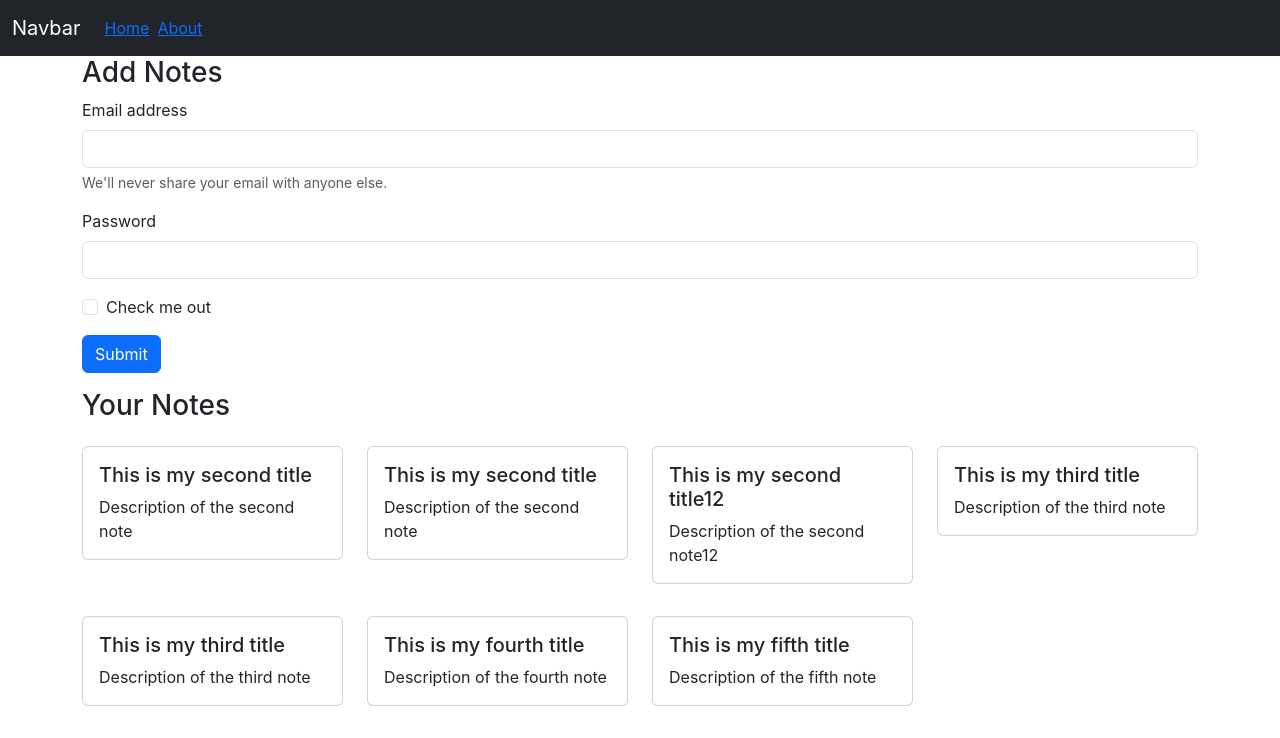
Repository: alphacode77/DailyNotes-react
Page: /
The author's editor kept a copy of each file at every save. The page is drawn from the files as they stood at one save, then again after the next save.
The browser window is 1280 px wide. The pictures show the whole page.
Some web libraries are served in a nearby version. The project was rebuilt for these pictures with package versions that can differ from the ones it lists, and the page was loaded fresh each time. Also part of the build but not shown: src/App.css, src/components/About.js.

Above is the page before, as saved 2023-02-28 16:48:51.

After the next save:
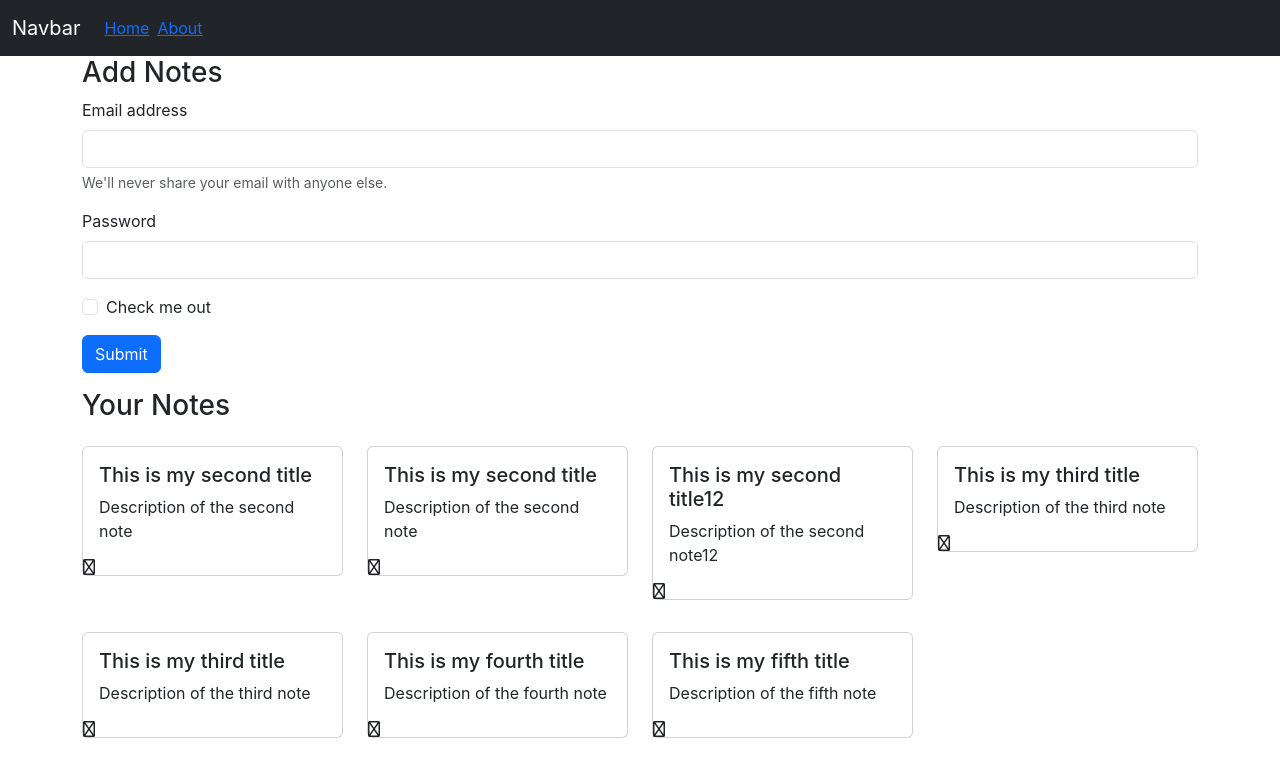
Saved 3 min 16 s later.
--- a/src/components/Noteitem.js
+++ b/src/components/Noteitem.js
@@ -11,6 +11,7 @@ const Noteitem = (props) => {
             <h5 className="card-title">{note.title}</h5>
             <p className="card-text">{note.description}</p>
           </div>
+          <i class="fa-regular fa-trash"></i>
         </div>
       </div>
 
